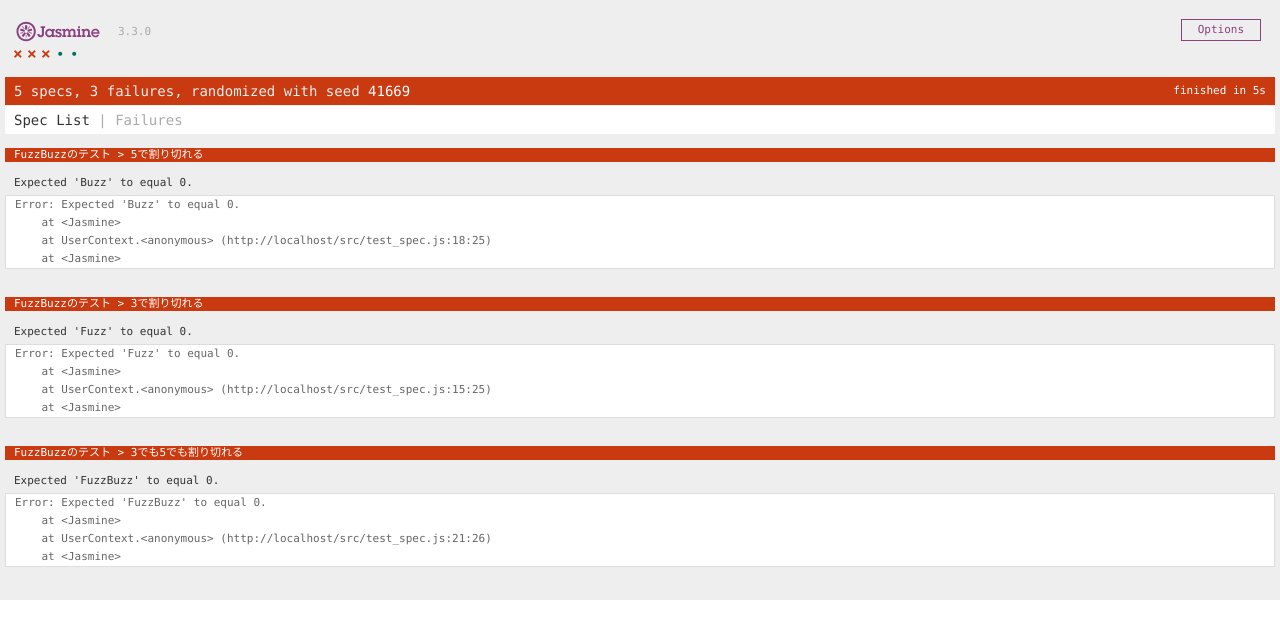
Repository: micabi/jasmine
Page: index.html
The author's editor kept a copy of each file at every save. The page is drawn from the files as they stood at one save, then again after the next save.
The browser window is 1280 px wide. The pictures show the whole page.

Above is the page before, as saved 2018-11-01 00:18:10.

After the next save:
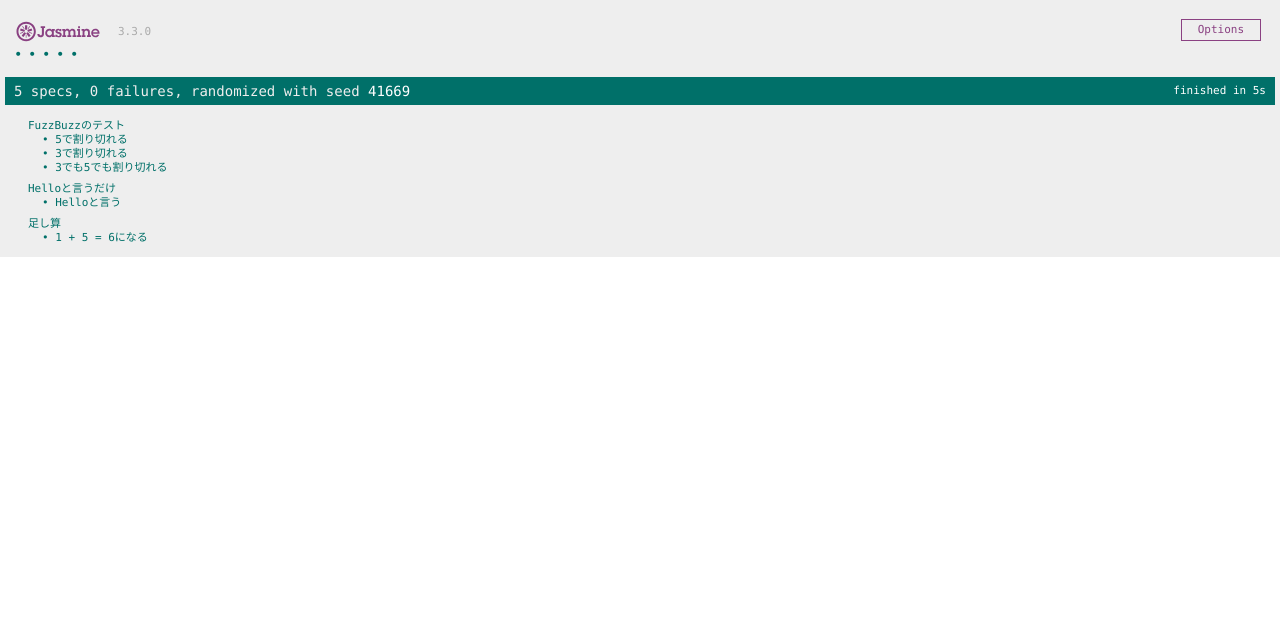
Saved 65 s later.
--- a/src/test_spec.js
+++ b/src/test_spec.js
@@ -12,13 +12,13 @@
 
 describe("FuzzBuzzのテスト", function(){
   it("3で割り切れる", function(){
-    expect(fuzzBuzz(3)).toEqual(0);
+    expect(fuzzBuzz(3)).toEqual("Fuzz");
   });
   it("5で割り切れる", function(){
-    expect(fuzzBuzz(5)).toEqual(0);
+    expect(fuzzBuzz(5)).toEqual("Buzz");
   });
   it("3でも5でも割り切れる", function(){
-    expect(fuzzBuzz(15)).toEqual(0);
+    expect(fuzzBuzz(15)).toEqual("FuzzBuzz");
   });
   /*
   it("3でも5でも割り切れない", function(){
